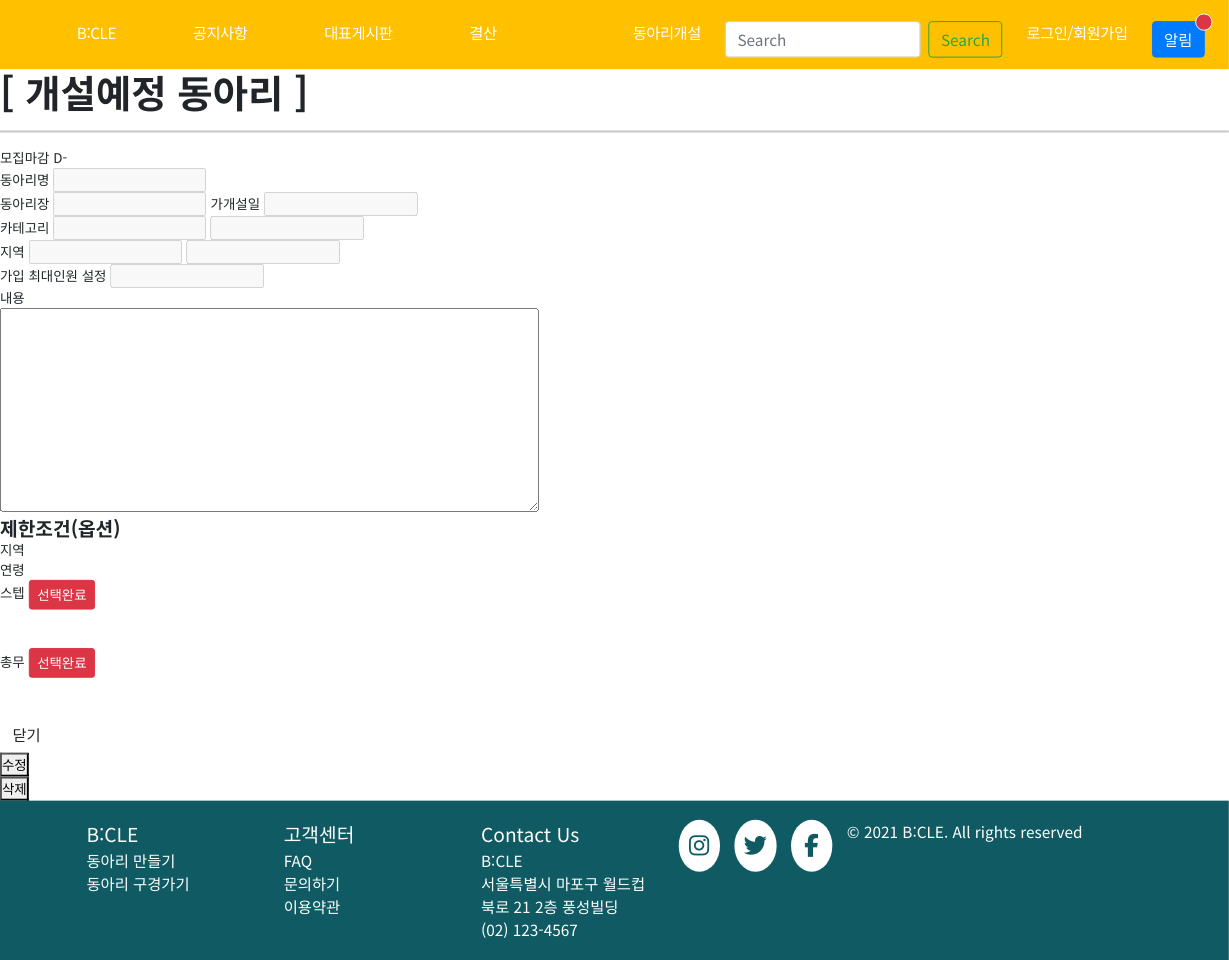
Repository: CHAEYUN7074/SpringProject
Page: http://localhost/viewpages/WEB-INF/view/ClubBeforeOpenedContents.jsp
An editor plug-in stored every save of this project. The page is shown before and after the next save, followed by the edit.
The browser window is 1280 px wide. The pictures show the whole page, at 96% of full size.
Some web fonts or font styles are not loaded; a fallback is used. Some web libraries are served in a nearby version. The page is served by Tomcat 9. Nobody is signed in. The template is opened directly, without the code that normally fills it, so the values that code supplies are empty.

Above is the page before, as saved 2021-12-27 13:56:32.

After the next save:
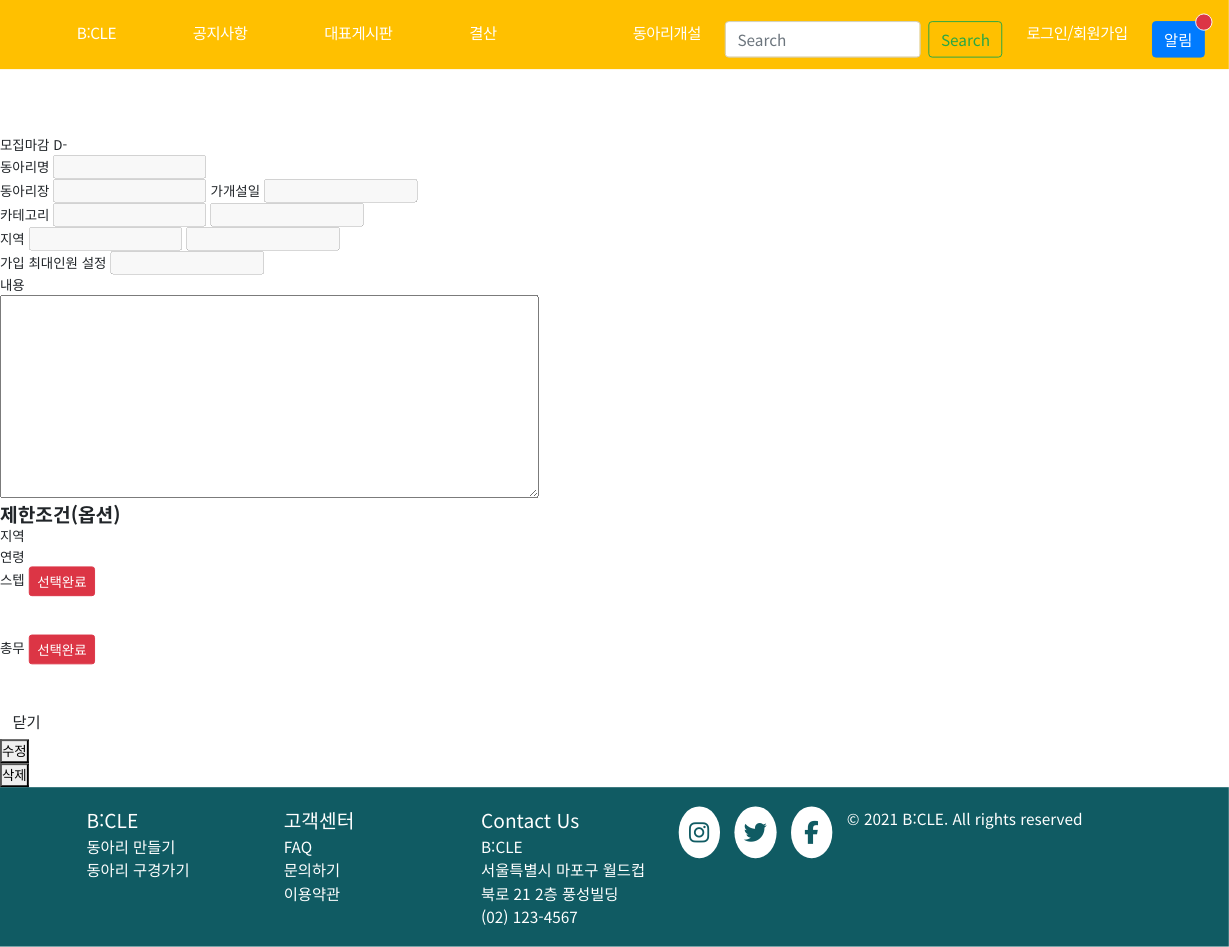
Saved 84 s later.
--- a/viewpages/WebContent/WEB-INF/view/ClubBeforeOpenedContents.jsp
+++ b/viewpages/WebContent/WEB-INF/view/ClubBeforeOpenedContents.jsp
@@ -177,10 +177,16 @@ ClubBeforeOpenedContents.jsp
          <c:import url="nav.jsp"></c:import>
       </div>
 
+
+       <section class="list-title">
+         <div class="title">
+            <h2>Pre-open Club<span>.</span></h2>
+            <p>개설 예정 동아리의 운영진이 되어보세요</p>
+         </div>
+      </section>
+
       <!-- 콘텐츠 영역 -->
       <div id="content">
-         <h1>[ 개설예정 동아리 ]</h1>
-         <hr>
          <div>
             <p>모집마감 D- ${clubDetail.day} </p>
          </div>
